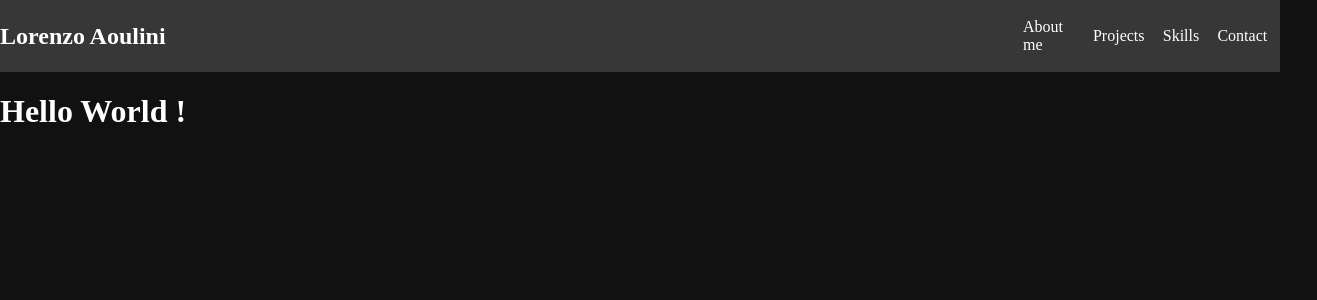
Repository: lolo298/lolo298.github.io
Page: index.html
An editor plug-in stored every save of this project. The page is shown before and after the next save, followed by the edit.
The browser window is 1280 px wide. The page is 1317 px wide, then 1280 px, so the pictures cover 1317 px, including what lies to the right of the window. The pictures show the whole page.

Above is the page before, as saved 2022-05-09 17:02:32.

### index.html
<!DOCTYPE html>
<html lang="en">

<head>
    <meta charset="UTF-8">
    <meta http-equiv="X-UA-Compatible" content="IE=edge">
    <meta name="viewport" content="width=device-width, initial-scale=1.0">
    <link rel="stylesheet" href="css/style.css">
    <title>Portfolio</title>
</head>

<body>
    <div class="main-container">
        <nav class="main-navbar">
            <h1>Lorenzo Aoulini</h1>
            <ul class="main-navbar-list">
                <li class="main-navbar-item">
                    <a href="#">About me</a>
                </li>
                <li class="main-navbar-item">
                    <a href="#">Projects</a>
                </li>
                <li class="main-navbar-item">
                    <a href="#">Skills</a>
                </li>
                <li class="main-navbar-item">
                    <a href="#">Contact</a>
                </li>
        </nav>
        <h1>Hello World !</h1>

    </div>

</body>

</html>

### css/style.css
html {
    background-color: #111111;
}

body {
    padding: 0;
    margin: 0;
}

.main-container {
    color: white;
    height: 100vh;
    width: 100vw;
}

.main-navbar {
    background-color: #373737;
    height: 10%;
    display: flex;
    justify-content: space-between;
    align-items: center;
}

.main-navbar>* {
    margin: 0;
}

.main-navbar-list {
    width: 20%;
    display: flex;
    flex-direction: row;
    align-items: center;
    list-style: none;
    justify-content: space-between;
    margin-right: 1%;
    height: 100%;
}

.main-navbar-item {
    height: 100%;
    display: flex;
    justify-content: center;
    align-items: center;
}

.main-navbar-item>a {
    vertical-align: middle;
    text-decoration: none;
    color: white;
    padding: 100%;
}

.main-navbar-item>a:hover {
    background-color: #6A6A6A;
}

After the next save:
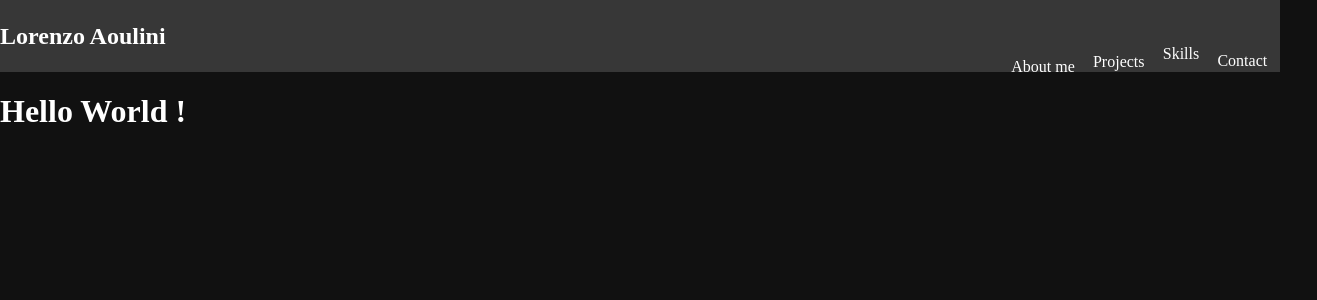
Saved 31 s later.
--- a/css/style.css
+++ b/css/style.css
@@ -47,7 +47,8 @@ body {
     vertical-align: middle;
     text-decoration: none;
     color: white;
-    padding: 100%;
+    padding-top: 100%;
+    padding-bottom: 1%;
 }
 
 .main-navbar-item>a:hover {
